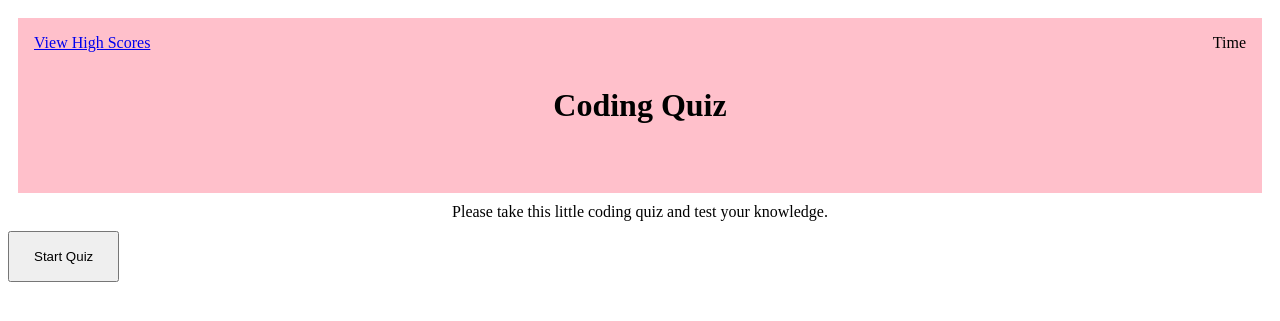
Repository: Naomilounsbury/code-quiz
Page: index.html
An editor plug-in stored every save of this project. The page is shown before and after the next save, followed by the edit.
The browser window is 1280 px wide. The pictures show the whole page.

Above is the page before, as saved 2021-11-29 10:28:29.

After the next save:
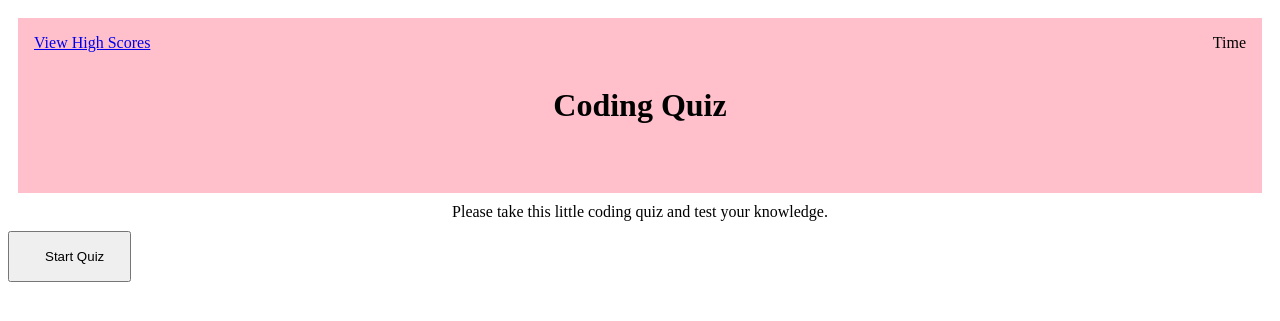
Saved 3 min 51 s later.
--- a/assets/css/styles.css
+++ b/assets/css/styles.css
@@ -39,7 +39,10 @@ button{
     position: relative;
     margin: 10px 0 5px 0;
     justify-content: center;
-    padding: 16px 24px;
+    padding-top: 16px;
+    padding-left: 35px;
+    padding-right: 25px;
+    padding-bottom: 16px;
 
 }
 .btn{
